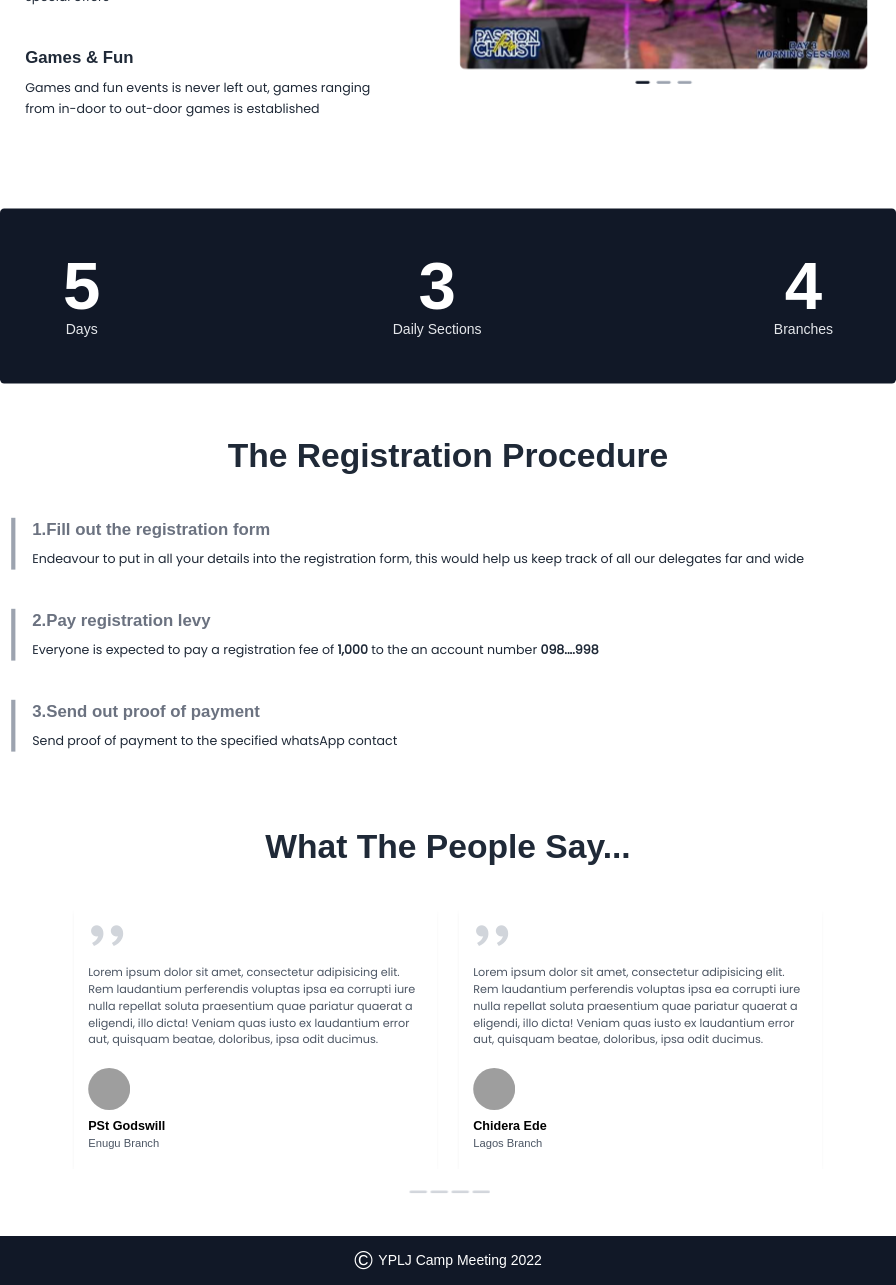
Repository: Ifenna-Pascal/user-camp-onboarding
Page: /
An editor plug-in stored every save of this project. The page is shown before and after the next save, followed by the edit.
The browser window is 1280 px wide. The pictures show the part of the page from y = 1844 to 3764 px (the page is 3680 px tall before and 4180 px after), at 70% of full size.
Pictures or frames that could not be fetched are drawn as grey boxes. Some web fonts or font styles are not loaded; a fallback is used. The project was rebuilt for these pictures with package versions that can differ from the ones it lists, and the page was loaded fresh each time. The framework's server and built-in components were replaced by stand-ins that run in the browser. Also part of the build but not shown: next.config.js, styles/Home.module.css.

Above is the page before, as saved 2022-11-26 11:01:13.

After the next save:
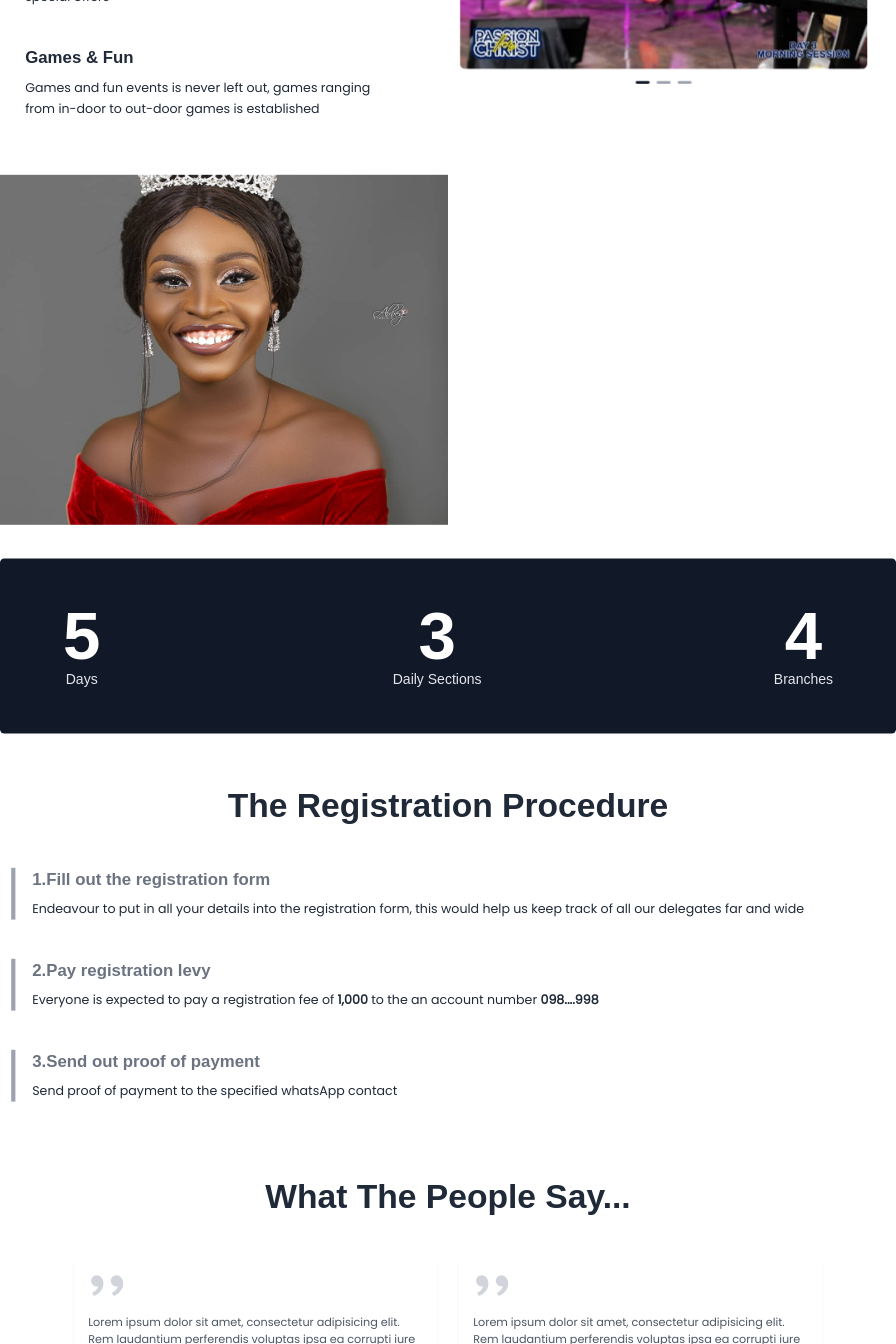
Saved 76 s later.
--- a/pages/index.js
+++ b/pages/index.js
@@ -7,6 +7,7 @@ import Hero from "../components/sections/Hero";
 import HowItWorks from "../components/sections/HowItWorks";
 import Numerics from "../components/sections/Numerics";
 import Reviews from "../components/sections/Reviews";
+import Speech from "../components/sections/Speech";
 import Steps from "../components/sections/Steps";
 import styles from "../styles/Home.module.css";
 
@@ -17,6 +18,7 @@ export default function Home() {
         <Hero />
         <CountDown />
         <HowItWorks />
+        <Speech />
         <Numerics />
         <Steps />
         <Reviews />
